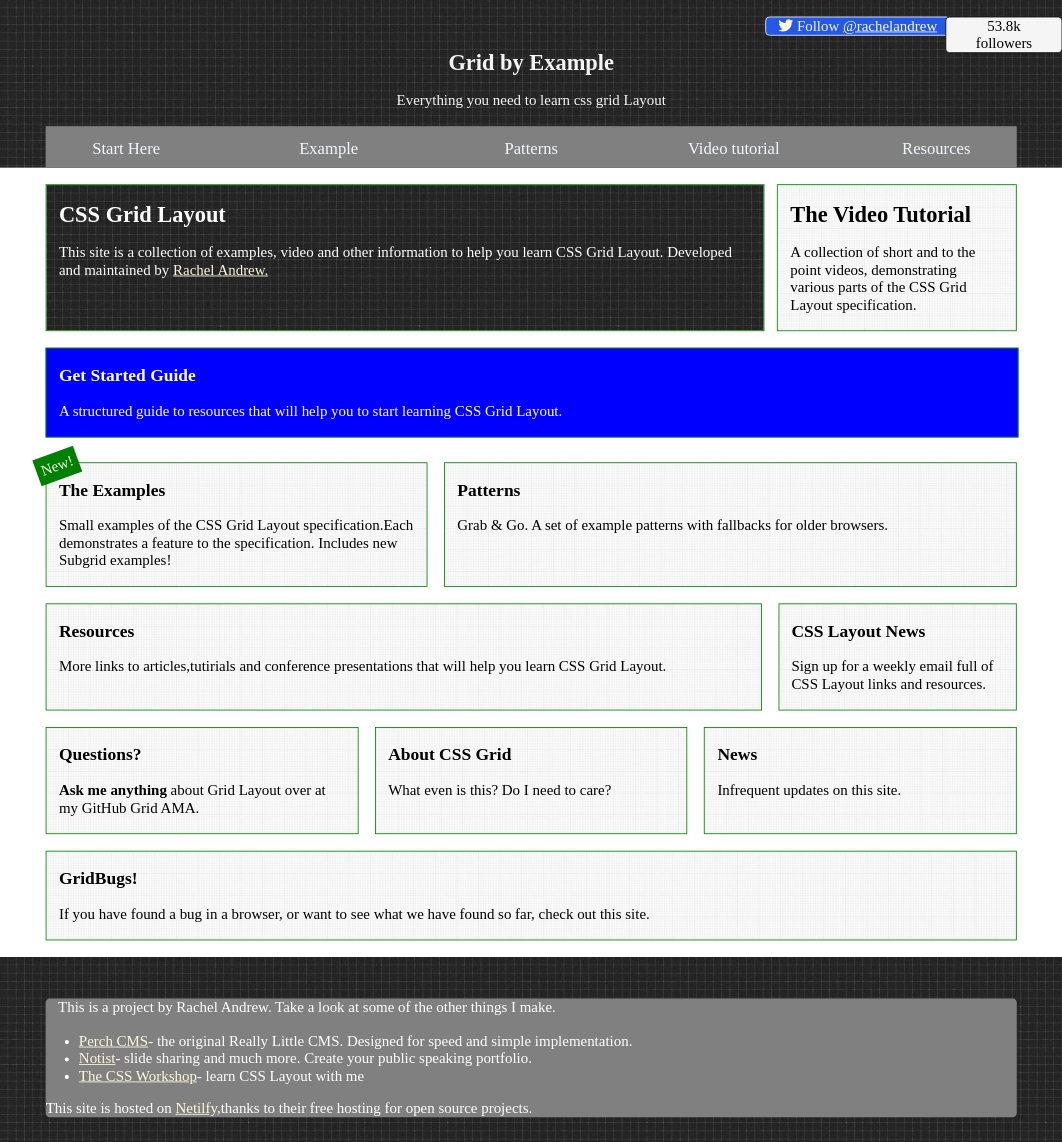
Repository: sitikhusushan/grid
Page: index.html
The author's editor kept a copy of each file at every save. The page is drawn from the files as they stood at one save, then again after the next save.
The browser window is 1280 px wide. The pictures show the whole page, at 83% of full size.
Some web libraries are served in a nearby version.

Above is the page before, as saved 2020-05-15 12:13:03.

After the next save:
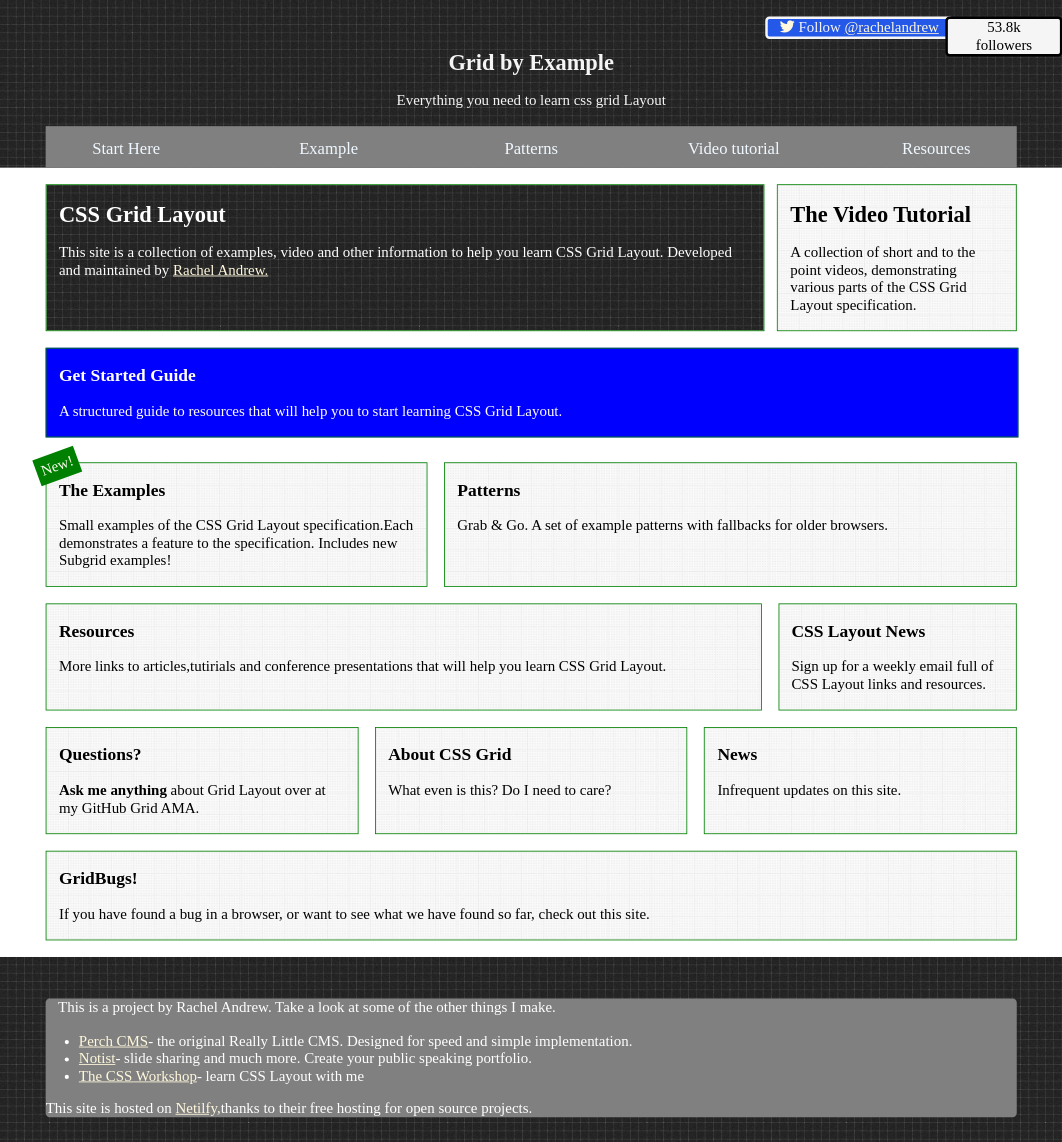
Saved 28 s later.
--- a/style.css
+++ b/style.css
@@ -31,7 +31,7 @@
 .social p,
 .social2 p {
   border-radius: 5px;
-  border: 1px solid;
+  border: solid;
   background-color: whitesmoke;
 }
 

After the save that followed:
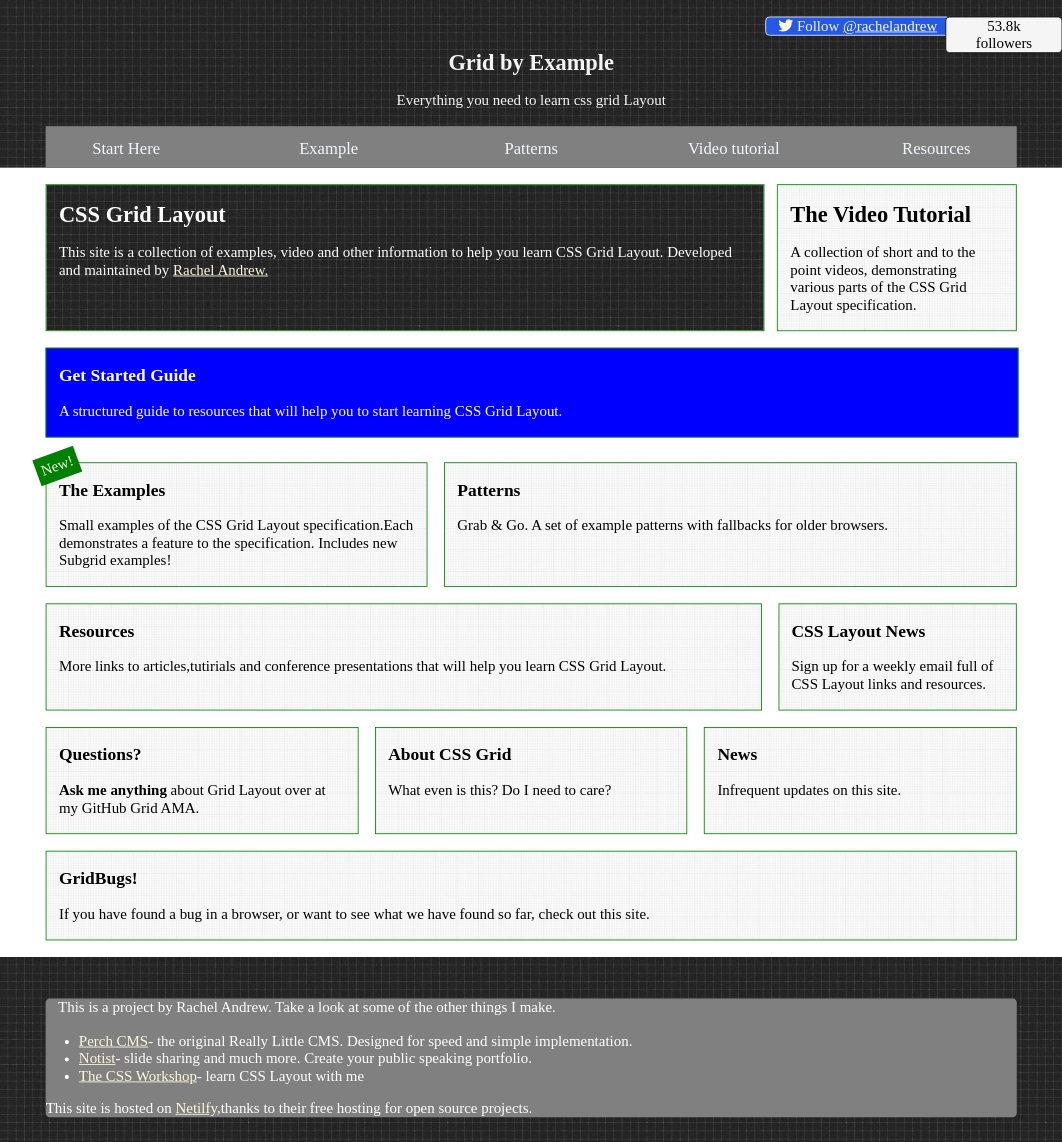
Saved 9 s later.
--- a/style.css
+++ b/style.css
@@ -31,7 +31,7 @@
 .social p,
 .social2 p {
   border-radius: 5px;
-  border: solid;
+  border: 1px solid;
   background-color: whitesmoke;
 }
 
